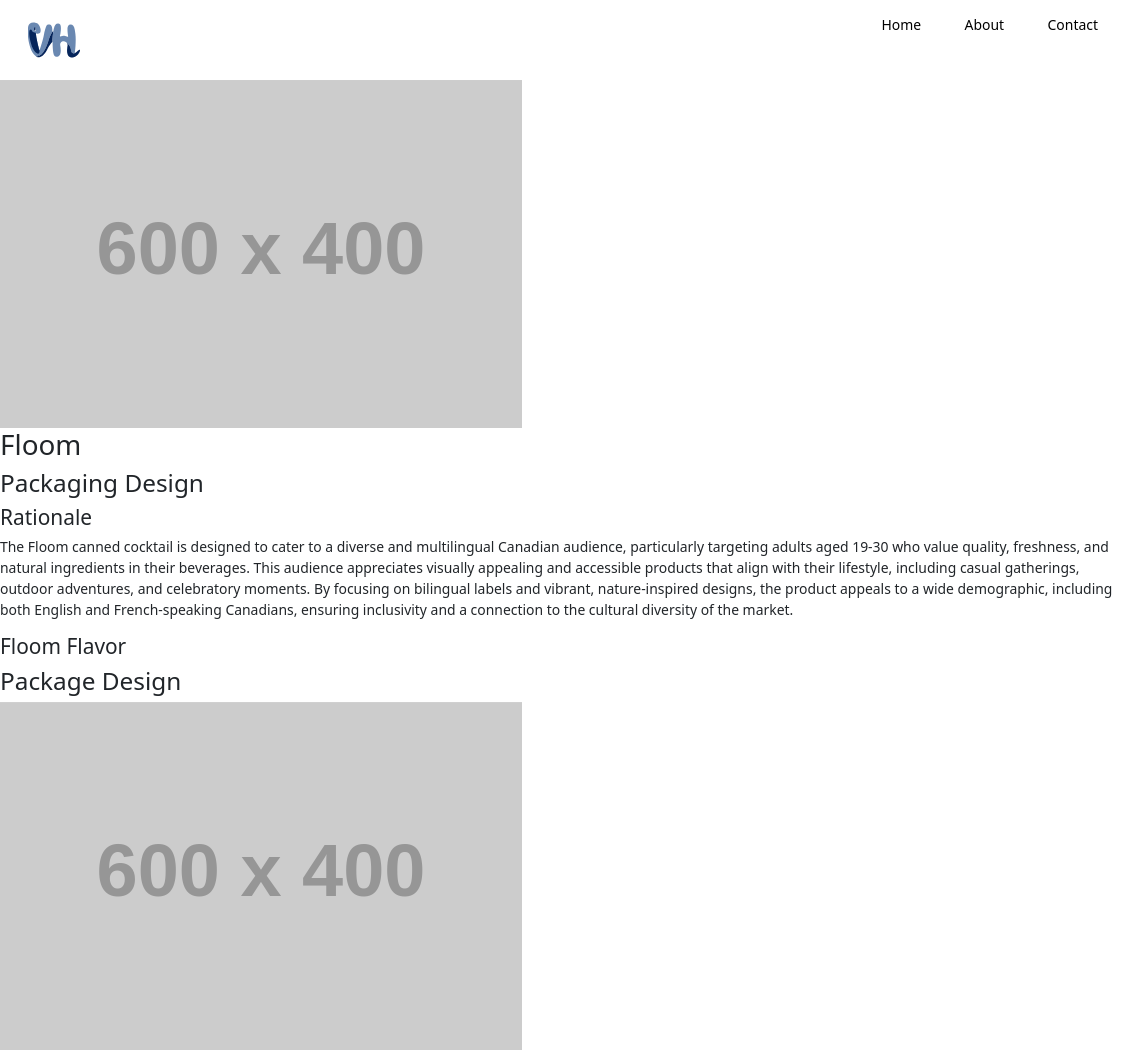
Repository: Vanessahyc/vanessa-portfolio
Page: /relay
An editor plug-in stored every save of this project. The page is shown before and after a run of saves, followed by the edit.
The browser window is 1280 px wide. The page is 1312 px wide, so the pictures cover 1312 px, including what lies to the right of the window. The pictures show the whole page, at 87% of full size.
The project was rebuilt for these pictures with package versions that can differ from the ones it lists, and the page was loaded fresh each time. The framework's server and built-in components were replaced by stand-ins that run in the browser. Also part of the build but not shown: next.config.mjs, src/app/relay/Relay.module.css.

Above is the page before, as saved 2025-02-09 13:00:31.

After the next 2 saves:
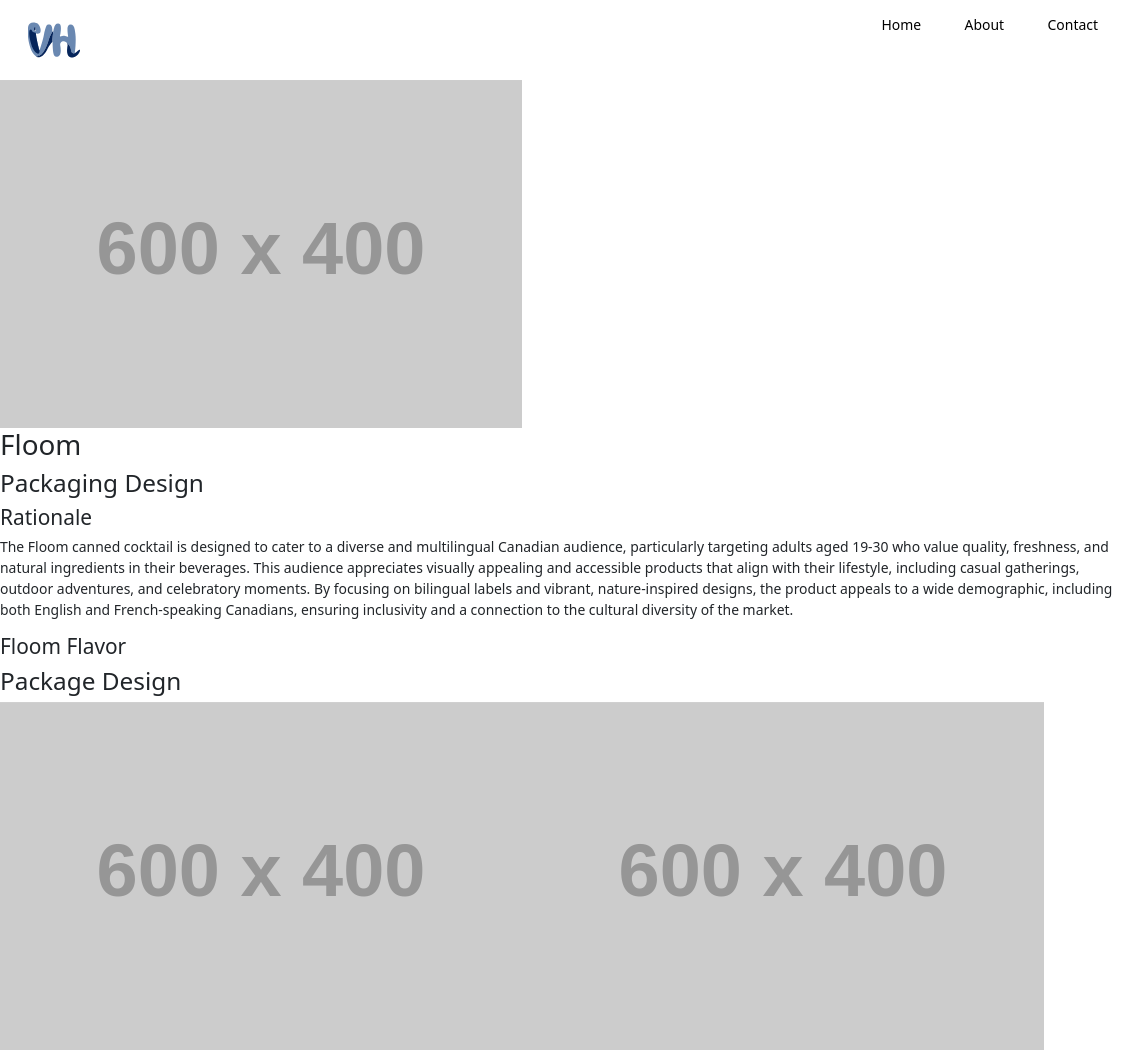
The 2 saves are shown as one change because they came seconds apart.
The last was saved 6 s later.
--- a/src/app/relay/page.js
+++ b/src/app/relay/page.js
@@ -44,7 +44,8 @@ export default function Relay() {
         <section className={styles.packageContainer}>
           <h3>Package Design</h3>
           <div className={styles.packageDesign}>
-             <img src="https://placehold.co/600x400"/>
+            <img src="https://placehold.co/600x400"/>
+            <img src="https://placehold.co/600x400"/>
             {/* <Image
               src={selectedColor}
               alt="Guava Can Design"
